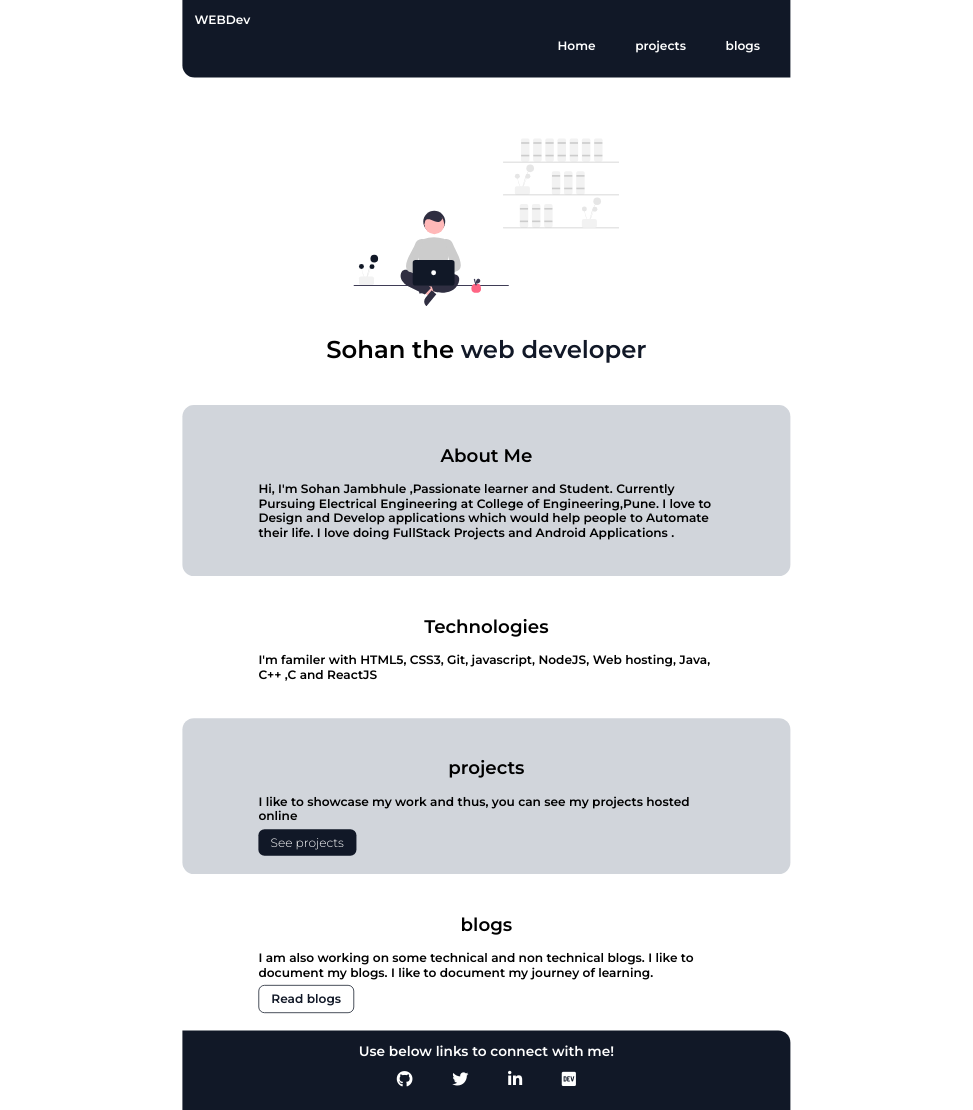
Repository: sohan2503001/Portfolio
Page: index.html
An editor plug-in stored every save of this project. The page is shown before and after the next save, followed by the edit.
The browser window is 1280 px wide. The pictures show the whole page, at 76% of full size.

Above is the page before, as saved 2021-05-11 18:05:18.

### index.html
<!DOCTYPE html>
<html lang="en">

<head>
  <meta charset="UTF-8" />
  <meta name="viewport" content="width=device-width, initial-scale=1.0" />
  <title>home | Sohan Jambhule</title>
  <link rel="stylesheet" href="style.css" />
  <link rel="stylesheet" href="https://cdnjs.cloudflare.com/ajax/libs/font-awesome/5.15.1/css/all.min.css">
  <link rel="stylesheet" href="https://cdn.jsdelivr.net/npm/boxicons@latest/css/boxicons.min.css">
  <link rel="icon" href="images/favicon.svg" sizes="any" type="image/svg+xml">

</head>

<body>

  <nav class="navigation container">
    <div class="nav-brand">WEBDev</div>
    <ul class="list-non-bullet nav-pills">
      <li class="list-item-inline">
        <a class="link link-active" href="/">Home</a>
      </li>
      <li class="list-item-inline">
        <a class="link link-active" href="projects.html">projects</a>
      </li>
      <li class="list-item-inline">
        <a class="link link-active" href="blogs.html">blogs</a>
      </li>
    </ul>
  </nav>

  <header class="hero">
    <img class="hero-img" src="images/hero.svg" alt="" />
    <h1 class="hero-heading">
      Sohan the <span class="heading-inverted"> web developer</span>
    </h1>
  </header>

  <section class="section ow">
    <div class="container container-center">
      <h1>About Me</h1>
      <p>
        Hi, I'm Sohan Jambhule ,Passionate learner and Student.
        Currently Pursuing Electrical Engineering at College of Engineering,Pune.
        I love to Design and Develop applications which would help people to Automate their life.
        I love doing FullStack Projects and Android Applications .
      </p>
    </div>
  </section>

  <section class="section">
    <div class="container container-center">
      <h1>Technologies</h1>
      <p>
        I'm familer with HTML5, CSS3, Git, javascript, NodeJS, Web hosting,
        Java, C++ ,C and ReactJS
      </p>
    </div>
  </section>

  <section class="section ow">
    <div class="container container-center">
      <h1>projects</h1>
      <p>
        I like to showcase my work and thus, you can see my projects hosted
        online
      </p>
      <a class="link link-primary" href="projects.html">See projects</a>
    </div>
  </section>

  <section class="section ">
    <div class="container container-center">
      <h1>blogs</h1>
      <p>
        I am also working on some technical and non technical blogs. I like to
        document my blogs. I like to document my journey of learning.
      </p>
      <a class="link link-secondary" href="blogs.html">Read blogs</a>
    </div>
  </section>

  <footer class="footer">

    <div class="footer-header">Use below links to connect with me!</div>
    <ul class="social-links list-non-bullet">
      <li class="list-item-inline">
        <a class="link" href="https://github.com/sohan2503001" target="_blank"><i class="fab fa-github fa-lg" aria-hidden="true"></i>
        </a>
      </li>
      <li class="list-item-inline">
        <a class="link" href="https://twitter.com/JambhuleSohan" target="_blank"><i class="fab fa-twitter fa-lg"></i>
        </a>
      </li>
      <li class="list-item-inline">
        <a class="link" href="https://www.linkedin.com/in/sohan-jambhule-144528198/" target="_blank"><i class="fab fa-linkedin-in fa-lg"></i>
        </a>
      </li>
      <li class="list-item-inline">
        <a class="link" href="https://dev.to/sohan25" target="_blank"><i class="fab fa-dev fa-lg"></i>
        </a>
      </li>
    </ul>

  </footer>

</body>
</html>

### style.css
@import url('https://fonts.googleapis.com/css2?family=Montserrat:wght@300;600&display=swap');

:root{
    --primary-color: #111827;
    --dark-gray: #4B5563;
    --off-white: #D1D5DB;
}

body {
    font-family: 'Montserrat', sans-serif;
    margin: auto;
    max-width: 800px;
    width: 100%;
}

hr{
    margin: 2rem 0rem;
}

/** container **/
.container{
    padding: 0rem 1rem;
}

.container-center{
    max-width: 600px;
    margin: auto;
}

/** links **/
.link{
    text-decoration: none;
    padding: 0.5rem 1rem;
    /*margin: 1rem 0rem 1rem 0rem;*/
}

.link-primary{
    background-color: var(--primary-color);
    border-radius: 0.5rem;
    color:white;
}

.link-secondary{
    color: var(--primary-color);
    border-radius: 0.5rem;
    border: 1px solid var(--primary-color);
    font-weight: bold;
}

/** lists **/

.list-non-bullet{
    list-style: none;
}

.list-item-inline{
    display: inline;
    padding: 0rem 0.5rem;
}

/** navigation **/

.navigation{
    background-color: var(--primary-color);
    color: white;
    padding: 1rem;
    border-bottom-left-radius: 1rem;
}

.navigation .nav-brand{
    font-weight: bold;
}

.navigation .nav-pills{
    text-align: right;
}

.navigation .link{
    color: white;
}

.navigation .link-active{
    font-weight: bold;
}

/**Projects**/
.box-contain{
    border: 2px solid var(--primary-color);
    padding: 2rem;
    border-top-left-radius: 15px;
    border-bottom-right-radius: 15px;
    margin: 1rem 0rem;
}

/**header **/

.hero{
    padding: 2rem;
    padding-top: 5rem;
}

.hero .hero-img{
    max-width: 350px;
    display: block;
    margin: auto;
}

.hero .hero-heading{
    padding-top: 1rem;
    color: var(--dark-red);
    text-align: center;
}

.hero .hero-heading .heading-inverted{
    color: var(--primary-color)
}

/** section **/
.section{
    padding: 2rem;
    border-radius: 15px;
}

.section h1{
    text-align: center;
    font-weight: bolder;
}

.ow {
    background-color: var(--off-white);
}

.section p{
    font-weight: bold;
}

/**footer **/

.footer{
    background-color: var(--primary-color);
    padding: 1rem;
    text-align: center;
    color: white;
    border-top-right-radius: 1rem;
}

.footer .link{
    color: white;
}

.footer .footer-header{
    font-weight: bold;
    font-size: large;
}

.footer ul{
    padding-inline-start: 0px;
}

After the next save:
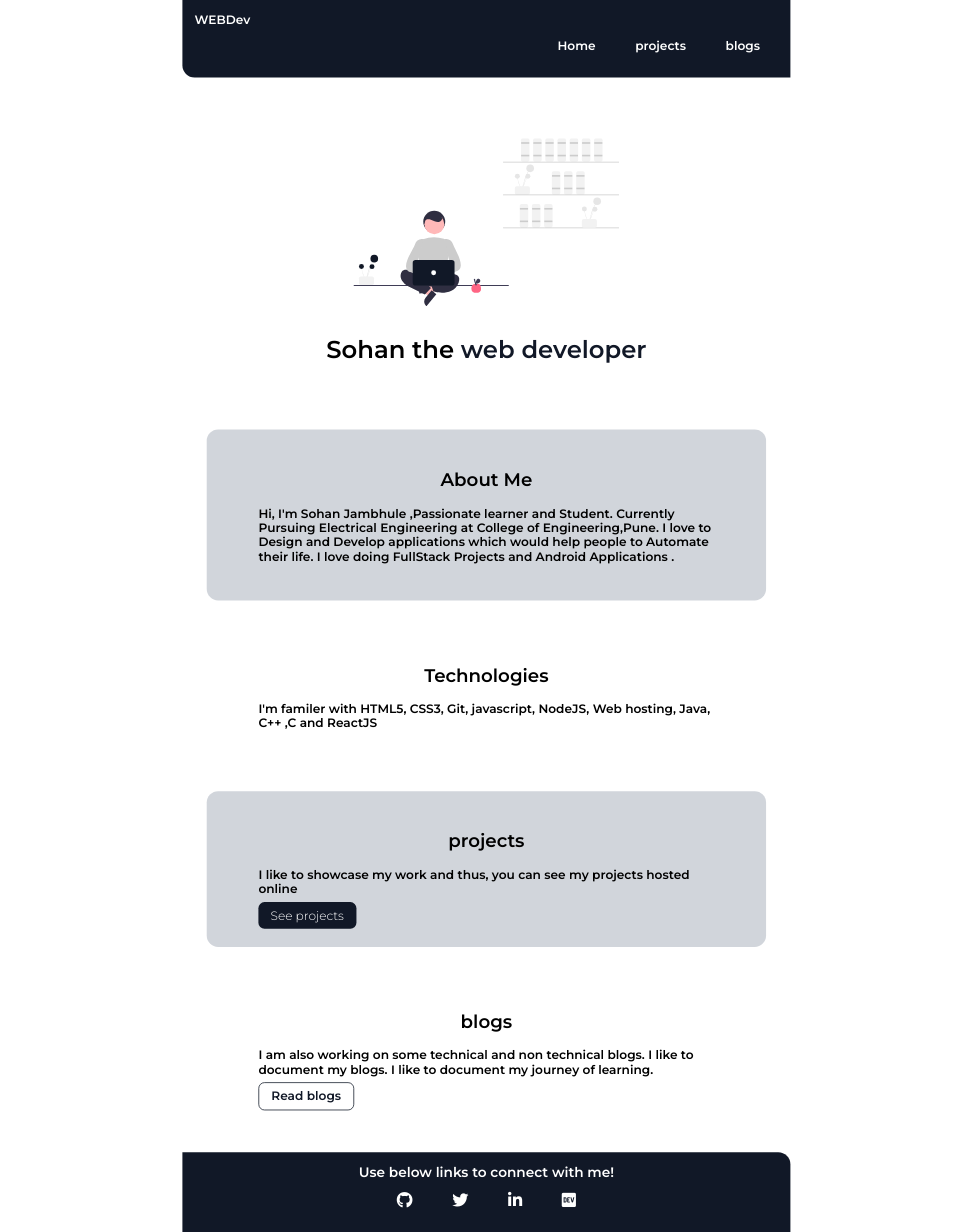
Saved 69 s later.
--- a/style.css
+++ b/style.css
@@ -119,6 +119,7 @@ hr{
 .section{
     padding: 2rem;
     border-radius: 15px;
+    margin: 2rem;
 }
 
 .section h1{
